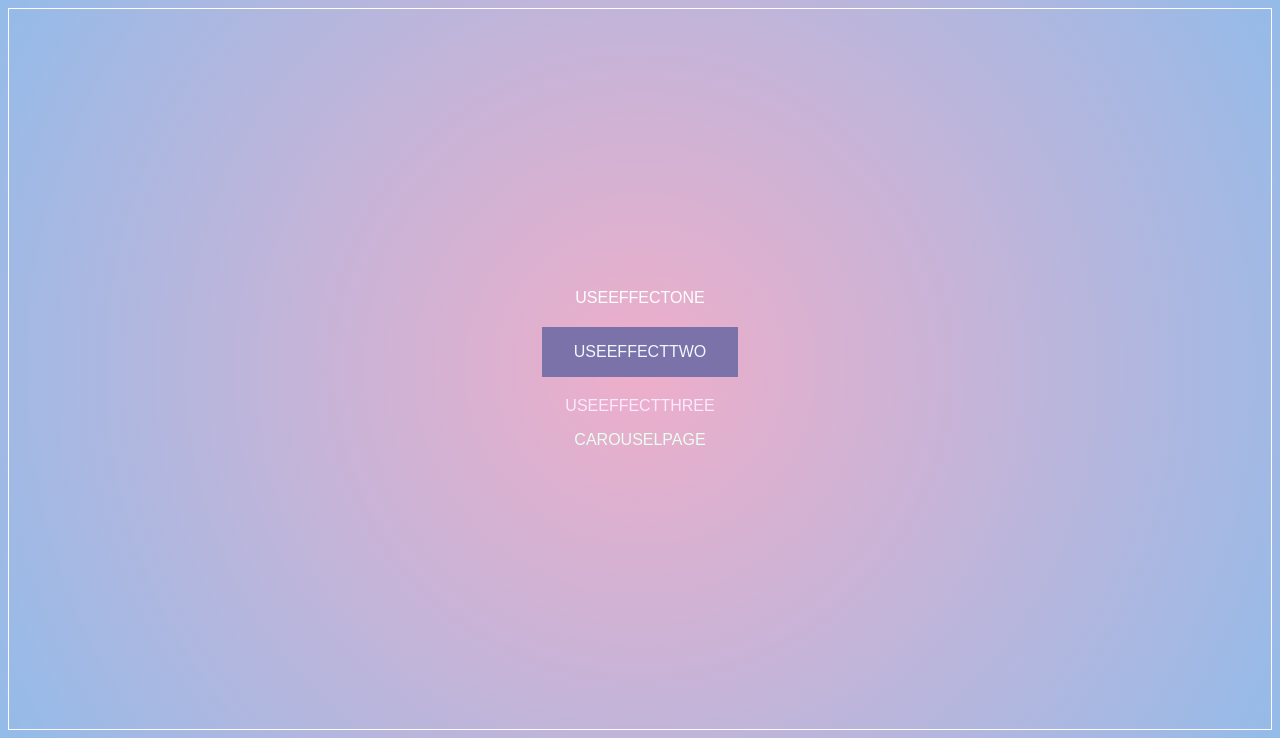
Repository: juliet-jskim/week-8-useEffect-carousel
Page: /
These files come from the project's save history. The page is drawn as it stood at one moment and after the next save; the edit follows.
The browser window is 1280 px wide. The pictures show the whole page.
The project was rebuilt for these pictures with package versions that can differ from the ones it lists, and the page was loaded fresh each time. The framework's server and built-in components were replaced by stand-ins that run in the browser. Also part of the build but not shown: next.config.js.

Above is the page before, as saved 2023-02-20 22:28:36.

After the next save:
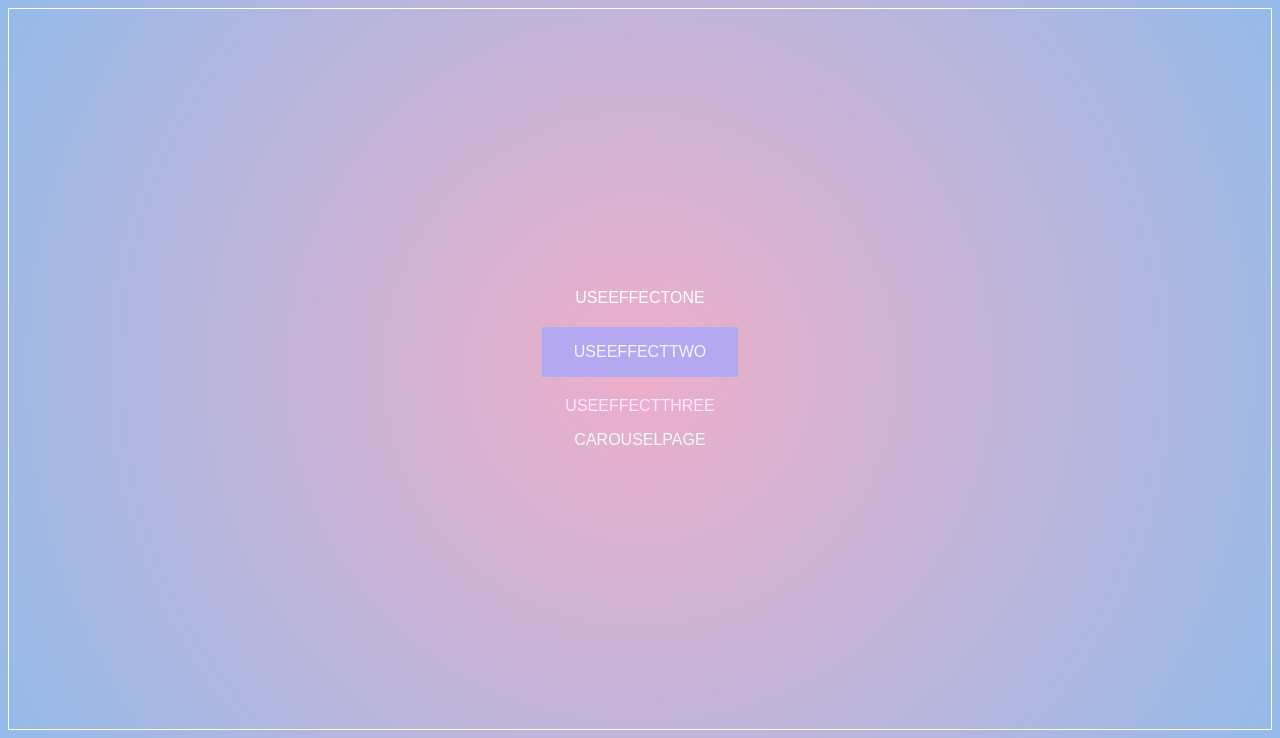
Saved 12 s later.
--- a/styles/Home.module.css
+++ b/styles/Home.module.css
@@ -26,7 +26,7 @@ transition: 0.3s;
   font-family: Arial, Helvetica, sans-serif;
   text-transform: uppercase;
   text-decoration: none;
-  background-color: #7a72a8;
+  background-color: #b4a9f1;
   border: none;
   padding: 1rem 2rem;
   text-align: center;
